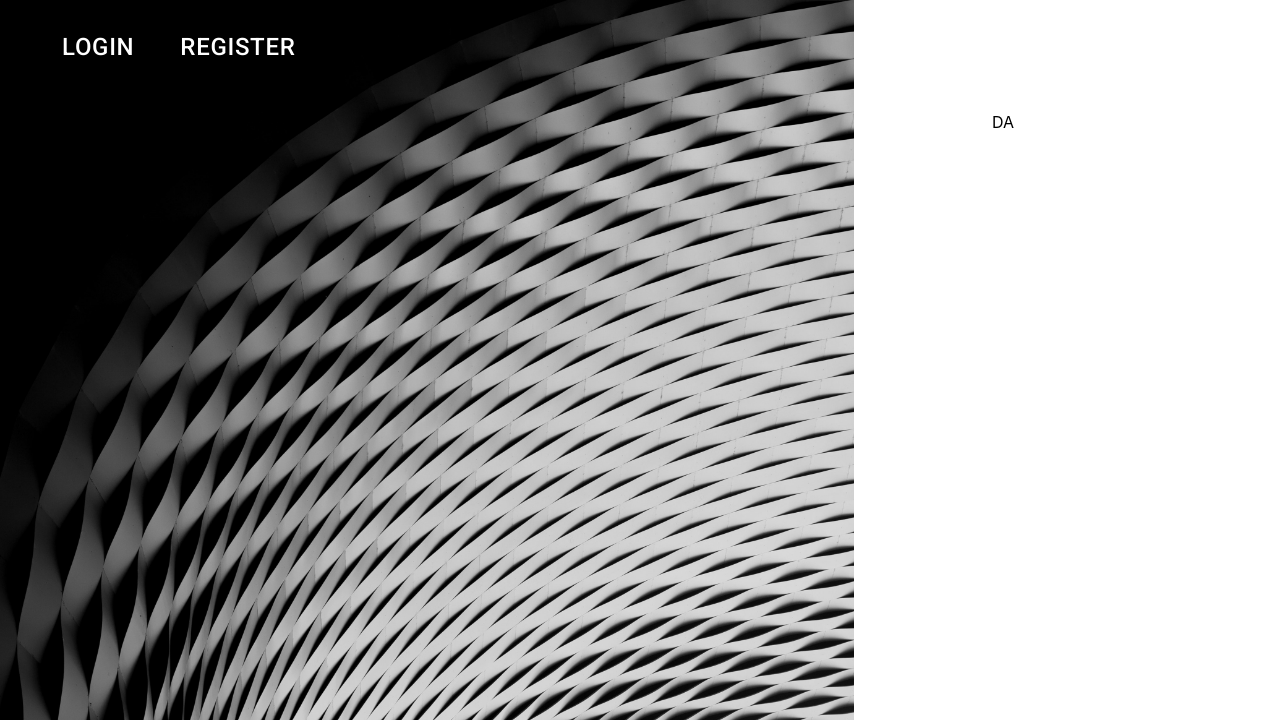
Repository: claudiuotea/FrontendAugmentator
Page: /account
An editor plug-in stored every save of this project. The page is shown before and after the next save, followed by the edit.
The browser window is 1280 px wide. The pictures show the whole page.
The project was rebuilt for these pictures with package versions that can differ from the ones it lists, and the page was loaded fresh each time. Also part of the build but not shown: src/Services/AccountService.ts, src/Components/Login.tsx, src/Components/Register.tsx, src/Components/ForgotPassword.tsx, src/Components/ResetPassword.tsx, src/Components/VerifyAccount.tsx.

Above is the page before, as saved 2021-05-11 20:39:27.

### public/index.html
<!DOCTYPE html>
<html lang="en">
  <head>
    <meta charset="utf-8" />
    <link rel="icon" href="%PUBLIC_URL%/favicon.ico" />
    <meta name="viewport" content="width=device-width, initial-scale=1" />
    <link rel="stylesheet" href="https://fonts.googleapis.com/css?family=Roboto:300,400,500,700&display=swap" />
    <link rel="stylesheet" href="https://fonts.googleapis.com/icon?family=Material+Icons" />
    <meta name="theme-color" content="#000000" />
    <meta
      name="description"
      content="Web site created using create-react-app"
    />
    <link rel="apple-touch-icon" href="%PUBLIC_URL%/logo192.png" />
    <!--
      manifest.json provides metadata used when your web app is installed on a
      user's mobile device or desktop. See https://developers.google.com/web/fundamentals/web-app-manifest/
    -->
    <link rel="manifest" href="%PUBLIC_URL%/manifest.json" />
    <!--
      Notice the use of %PUBLIC_URL% in the tags above.
      It will be replaced with the URL of the `public` folder during the build.
      Only files inside the `public` folder can be referenced from the HTML.

      Unlike "/favicon.ico" or "favicon.ico", "%PUBLIC_URL%/favicon.ico" will
      work correctly both with client-side routing and a non-root public URL.
      Learn how to configure a non-root public URL by running `npm run build`.
    -->
    <title>React App</title>
  </head>
  <body>
    <noscript>You need to enable JavaScript to run this app.</noscript>
    <div id="root"></div>
    <!--
      This HTML file is a template.
      If you open it directly in the browser, you will see an empty page.

      You can add webfonts, meta tags, or analytics to this file.
      The build step will place the bundled scripts into the <body> tag.

      To begin the development, run `npm start` or `yarn start`.
      To create a production bundle, use `npm run build` or `yarn build`.
    -->
  </body>
</html>

### src/App.tsx
import './App.css';
import { AppRoutes } from './Routes/AppRoutes';

function App() {
  return (
    <AppRoutes/>
  );
}

export default App;

### src/App.css
*{
  margin:0;
  padding:0;
}

.App {
  text-align: center;
}

.App-logo {
  height: 40vmin;
  pointer-events: none;
}

@media (prefers-reduced-motion: no-preference) {
  .App-logo {
    animation: App-logo-spin infinite 20s linear;
  }
}

.App-header {
  background-color: #282c34;
  min-height: 100vh;
  display: flex;
  flex-direction: column;
  align-items: center;
  justify-content: center;
  font-size: calc(10px + 2vmin);
  color: white;
}

.App-link {
  color: #61dafb;
}

@keyframes App-logo-spin {
  from {
    transform: rotate(0deg);
  }
  to {
    transform: rotate(360deg);
  }
}

### src/Routes/AppRoutes.tsx
import React from "react";
import { Suspense } from "react";
import { Login } from "../Components/Login";
import { BrowserRouter as Router, Switch, Route } from "react-router-dom";
import { Register } from "../Components/Register";
import { ForgotPassword } from "../Components/ForgotPassword";
import { ResetPassword } from "../Components/ResetPassword";
import { VerifyAccount } from "../Components/VerifyAccount";
import { NavbarNotLogged } from "../Components/NavbarNotLoggedIn";
import { Account } from "../Components/Accounts";

export const AppRoutes: React.FunctionComponent<{}> = () => {
  return (
    <Router>
      <NavbarNotLogged/>
      <Suspense fallback={<div>Loading...</div>}>
        <Switch>
          <Route path="/account">
            <Account/>
          </Route>
          <Route path="/login">
            <Login />
          </Route>
          <Route path="/register">
            <Register />
          </Route>
          <Route path="/forgotpass">
             <ForgotPassword/>
          </Route>
          <Route path="/resetpass">
             <ResetPassword/>
          </Route>
          <Route path="/verifyaccount">
             <VerifyAccount/>
          </Route>
        </Switch>
      </Suspense>
    </Router>
  );
};

### src/Components/NavbarNotLoggedIn.tsx
import React from "react";
import { makeStyles } from "@material-ui/core/styles";
import AppBar from "@material-ui/core/AppBar";
import Toolbar from "@material-ui/core/Toolbar";
import Typography from "@material-ui/core/Typography";
import Button from "@material-ui/core/Button";
import IconButton from "@material-ui/core/IconButton";
import MenuIcon from "@material-ui/icons/Menu";
import { Link } from "react-router-dom";

const useStyles = makeStyles((theme) => ({
  root: {
    flexGrow: 1,
  },
  menuButton: {
    fontSize: 24,
    marginLeft: 15,
    marginRight: 15,
  },
  title: {
    flexGrow: 1,
  },
  appBar: {
    padding: 15,
    backgroundColor: "transparent",
    boxShadow: "none",
  },

  link:{
     textDecoration:"none",
     color:"white"
  }
}));

export const NavbarNotLogged: React.FunctionComponent<{}> = () => {
  //incarca CSS-ul
  const classes = useStyles();

  return (
    <AppBar position="fixed" className={classes.appBar}>
      <Toolbar>
        <Button color="inherit" className={classes.menuButton}>
          <Link className={classes.link} to="/login">Login</Link>
        </Button>
        <Button color="inherit" className={classes.menuButton}>
          <Link className={classes.link} to="/register">Register</Link>
        </Button>
      </Toolbar>
    </AppBar>
  );
};

### src/Components/Accounts.tsx
import { Button, Grid, makeStyles, TextField } from "@material-ui/core";
import Image from '../Images/bg.jpg';
//Creez un obiect CSS
const useStyles = makeStyles((theme) => ({
   root: {
     flexGrow: 1,
   },
   //100% inaltimea paginii
   gridItem: {
     height: "100vh",
   },
   //adauga niste spatiu si centreaza-le
   form: {
      margin: theme.spacing(4),
      verticalAlign:"middle",
      marginTop:"35%"
   }
 }));

export const Account: React.FunctionComponent<{}> = () => {
  //instantiez obiectul
  const classes = useStyles();

   return (
    //impart ecranul in 2 coloane
    <div className={classes.root + classes.gridItem}>
      <Grid container className={classes.gridItem}>
        <Grid item xs={12} sm={9} style={{backgroundImage:  `url(${Image})`, backgroundRepeat:"no-repeat", backgroundSize:"contain"}}>
           de
        </Grid>
        <Grid item xs={12} sm={3}>
          <div className={classes.form}>
            DA
          </div>
        </Grid>
      </Grid>
    </div>
  );
};

Loaded but not shown: src/index.tsx (common file); src/index.css (common file); src/reportWebVitals.ts (common file)

After the next save:
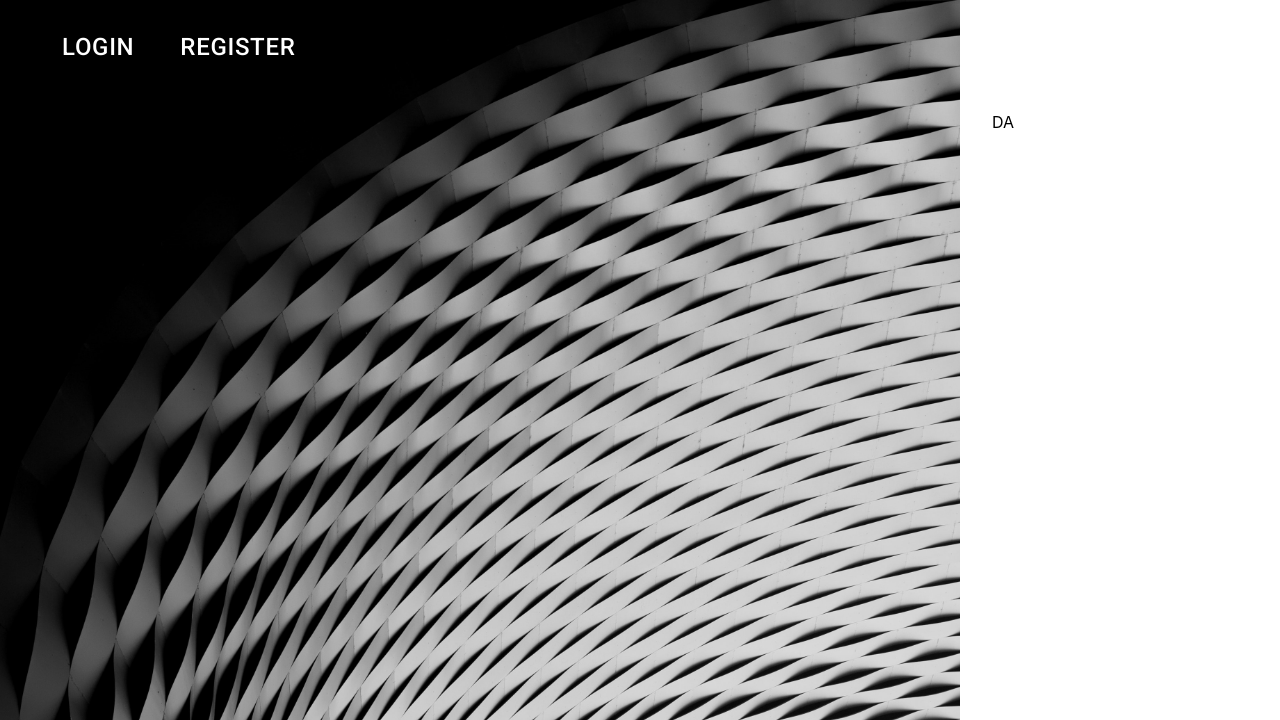
Saved 21 s later.
--- a/src/Components/Accounts.tsx
+++ b/src/Components/Accounts.tsx
@@ -25,7 +25,7 @@ export const Account: React.FunctionComponent<{}> = () => {
     //impart ecranul in 2 coloane
     <div className={classes.root + classes.gridItem}>
       <Grid container className={classes.gridItem}>
-        <Grid item xs={12} sm={9} style={{backgroundImage:  `url(${Image})`, backgroundRepeat:"no-repeat", backgroundSize:"contain"}}>
+        <Grid item xs={12} sm={9} style={{backgroundImage:  `url(${Image})`, backgroundRepeat:"no-repeat", backgroundSize:"cover"}}>
            de
         </Grid>
         <Grid item xs={12} sm={3}>
